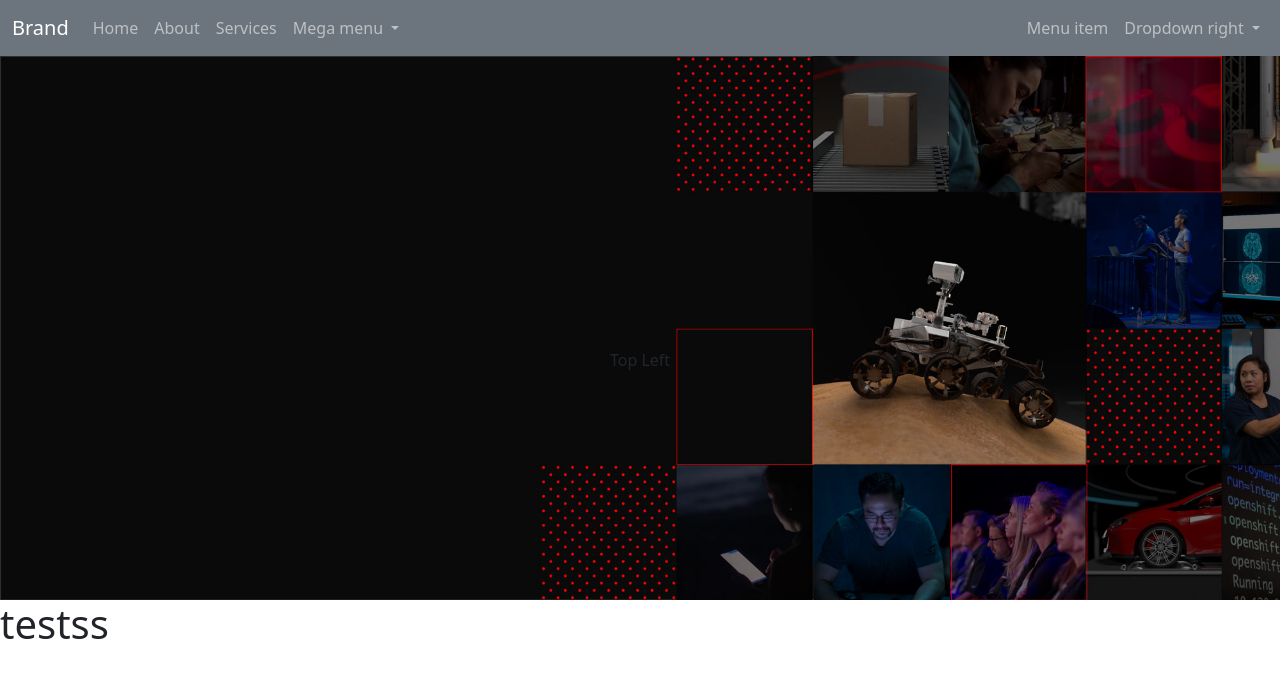
Repository: WaiMaungMaung/Mgr-site
Page: http://localhost/
An editor plug-in stored every save of this project. The page is shown before and after the next save, followed by the edit.
The browser window is 1280 px wide. The pictures show the whole page.
The page is served by the project's Laravel application, run on PHP 8.4 with Laravel 9. Other server files are loaded and not shown.

Above is the page before, as saved 2022-04-06 10:42:54.

### resources/views/welcome.blade.php
@extends('layouts.app')
<div id="container">
    <nav class="navbar navbar-expand-lg navbar-dark bg-secondary ">
        <div class="container-fluid">
            <a class="navbar-brand" href="#">Brand</a>
            <button class="navbar-toggler" type="button" data-bs-toggle="collapse" data-bs-target="#main_nav">
                <span class="navbar-toggler-icon"></span>
            </button>
            <div class="collapse navbar-collapse" id="main_nav">
                <ul class="navbar-nav">
                    <li class="nav-item active"> <a class="nav-link" href="#">Home </a> </li>
                    <li class="nav-item"><a class="nav-link" href="#"> About </a></li>
                    <li class="nav-item"><a class="nav-link" href="#"> Services </a></li>
                    <li class="nav-item dropdown has-megamenu">
                        <a class="nav-link dropdown-toggle" href="#" data-bs-toggle="dropdown"> Mega menu </a>
                        <div class="dropdown-menu megamenu" role="menu">
                            This is content of megamenu. <br>
                            Lorem ipsum dolor sit amet, consectetur adipisicing elit, sed do eiusmod
                            tempor incididunt ut labore et dolore magna aliqua. Ut enim ad minim veniam,
                            quis nostrud exercitation ullamco laboris nisi ut aliquip ex ea commodo
                            consequat.
                        </div> <!-- dropdown-mega-menu.// -->
                    </li>
                </ul>
                <ul class="navbar-nav ms-auto">
                    <li class="nav-item"><a class="nav-link" href="#"> Menu item </a></li>
                    <li class="nav-item dropdown">
                        <a class="nav-link  dropdown-toggle" href="#" data-bs-toggle="dropdown"> Dropdown right </a>
                        <ul class="dropdown-menu dropdown-menu-end">
                            <li><a class="dropdown-item" href="#"> Submenu item 1</a></li>
                            <li><a class="dropdown-item" href="#"> Submenu item 2 </a></li>
                        </ul>
                    </li>
                </ul>
            </div> <!-- navbar-collapse.// -->
        </div> <!-- container-fluid.// -->
    </nav>

    <div id="container img-container">
        <img src="{{ url('/img/bg.jpg') }}" class="img-fluid" alt="">
        <div class="top-left">Top Left</div>

    </div>
</div>

### resources/views/layouts/app.blade.php
<!doctype html>
<html lang="en">

<head>
    <!-- Required meta tags -->
    <meta charset="utf-8">
    <meta name="viewport" content="width=device-width, initial-scale=1">

    <!-- Bootstrap CSS -->


    <link href="https://cdn.jsdelivr.net/npm/bootstrap@5.1.3/dist/css/bootstrap.min.css" rel="stylesheet"
        integrity="sha384-1BmE4kWBq78iYhFldvKuhfTAU6auU8tT94WrHftjDbrCEXSU1oBoqyl2QvZ6jIW3" crossorigin="anonymous">

    <title>Hello, world!</title>
    <style type="text/css">
        .img-container {
            position: relative;
            text-align: center;
            color: white;
        }

        .top-left {
            position: absolute;
            top: 50%;
            left: 50%;
            transform: translate(-50%, -50%);
        }

        .navbar .megamenu {
            padding: 1rem;
        }

        /* ============ desktop view ============ */
        @media all and (min-width: 992px) {

            .navbar .has-megamenu {
                position: static !important;
            }

            .navbar .megamenu {
                left: 0;
                right: 0;
                width: 100%;
                margin-top: 0;
            }

        }

        /* ============ desktop view .end// ============ */

        /* ============ mobile view ============ */
        @media(max-width: 991px) {

            .navbar.fixed-top .navbar-collapse,
            .navbar.sticky-top .navbar-collapse {
                overflow-y: auto;
                max-height: 90vh;
                margin-top: 10px;
            }
        }

    </style>
</head>

<body>
    <h1>testss</h1>
    <!-- Optional JavaScript; choose one of the two! -->

    <!-- Option 1: Bootstrap Bundle with Popper -->
    <script src="https://cdn.jsdelivr.net/npm/bootstrap@5.1.3/dist/js/bootstrap.bundle.min.js"
        integrity="sha384-ka7Sk0Gln4gmtz2MlQnikT1wXgYsOg+OMhuP+IlRH9sENBO0LRn5q+8nbTov4+1p" crossorigin="anonymous">
    </script>

    <!-- Option 2: Separate Popper and Bootstrap JS -->
    <!--
    <script src="https://cdn.jsdelivr.net/npm/@popperjs/core@2.10.2/dist/umd/popper.min.js"
        integrity="sha384-7+zCNj/IqJ95wo16oMtfsKbZ9ccEh31eOz1HGyDuCQ6wgnyJNSYdrPa03rtR1zdB" crossorigin="anonymous">
    </script>
    <script src="https://cdn.jsdelivr.net/npm/bootstrap@5.1.3/dist/js/bootstrap.min.js"
        integrity="sha384-QJHtvGhmr9XOIpI6YVutG+2QOK9T+ZnN4kzFN1RtK3zEFEIsxhlmWl5/YESvpZ13" crossorigin="anonymous">
    </script>
    -->
    @yield('content')
</body>

</html>

Loaded but not shown: routes/web.php (common file)

After the next save:
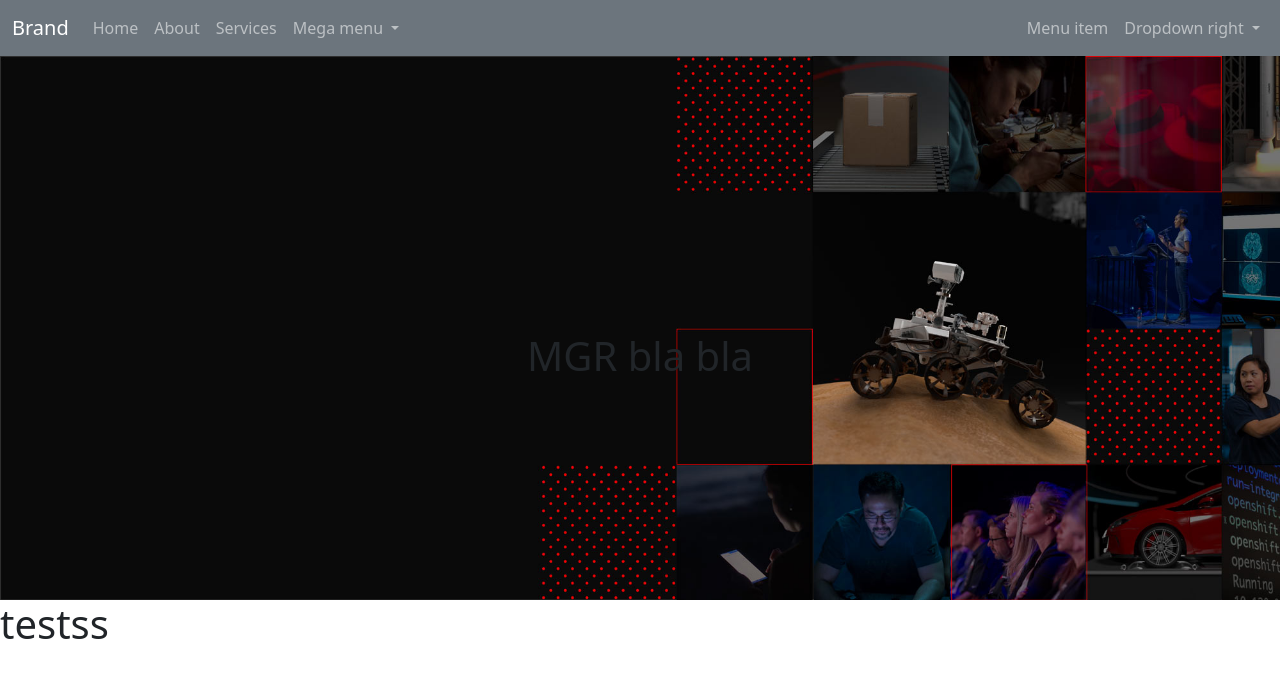
Saved 27 s later.
--- a/resources/views/welcome.blade.php
+++ b/resources/views/welcome.blade.php
@@ -38,7 +38,9 @@
 
     <div id="container img-container">
         <img src="{{ url('/img/bg.jpg') }}" class="img-fluid" alt="">
-        <div class="top-left">Top Left</div>
+        <div class="top-left">
+            <h1>MGR bla bla</h1>
+        </div>
 
     </div>
 </div>
